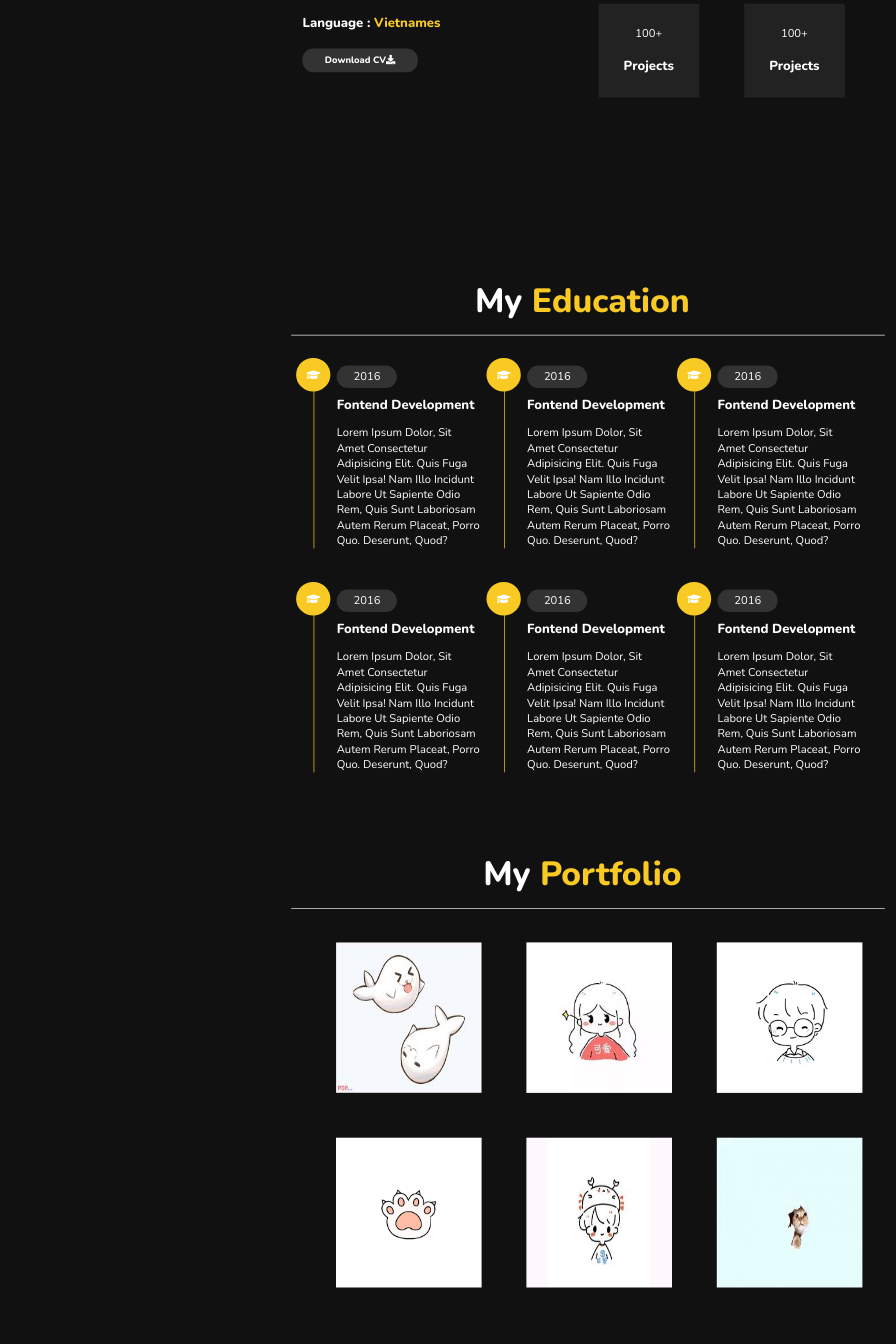
Repository: PCTai/My-profile
Page: index.html
These files come from the project's save history. The page is drawn as it stood at one moment and after the next save; the edit follows.
The browser window is 1280 px wide. The pictures show the part of the page from y = 1075 to 2995 px (the page is 2995 px tall), at 70% of full size.

Above is the page before, as saved 2022-01-12 09:11:19.

### index.html
<!DOCTYPE html>
<html lang="en">
<head>
    <meta charset="UTF-8">
    <meta http-equiv="X-UA-Compatible" content="IE=edge">
    <meta name="viewport" content="width=device-width, initial-scale=1.0">
    <link rel="preconnect" href="https://fonts.googleapis.com">
    <link rel="preconnect" href="https://fonts.gstatic.com" crossorigin>
    <link href="https://fonts.googleapis.com/css2?family=Nunito:ital,wght@0,400;0,600;0,800;1,200;1,300&display=swap" rel="stylesheet">
    <link rel="stylesheet" href="./assets/font/fontawesome-free-5.15.3-web/css/all.css">

    <link rel="stylesheet" href="./assets/css/style.css">
    <link rel="stylesheet" href="./assets/css/reponsive.css">
    <title>Document</title>
</head>
<body>
    <span class="bg-layer"> </span>
    <!-- Header start -->
    <header>
        <div class="user">
            <img src="./assets/imgs/user.jpg" alt="">
            <h3 class="name">Phan Chi Tai</h3>
            <div class="post">Font End Deverloper</div>
        </div>
        <div class="navbar">
            <ul>
                <li><a href="#home">home</a></li>
                <li><a href="#about">About</a></li>
                <li><a href="#education">Education</a></li>
                <li><a href="#portfolio">Portfolio</a></li>
                <li><a href="#contact">Contact</a></li>
            </ul>
        </div>
    </header>
    <!-- Header end -->
    <div id="menu"class="fas fa-bars">
    </div>
    <!-- start home -->
    <section id="home" class="home">

        <h3>HI THERE !</h3>
        <h1>I!M <span>Phan CHi Tai</span></h1>
        <p>I am in the early twenties. Currently, I am living in Hue. I have been studying graphic design for the past two years at  HUSC. During that time I’ve been working in the design industry as a hobby and also for living. My projects ranged from digital printing to product design</p>
        <a href="#about"> <button class="btn">About me <i class="fas fa-users"></i></button></a>


    </section>
    <!-- end home -->
    <!-- start about -->
    <section id="about" class="about">
        <div class="heading"><h1><span>About</span>Me</h1></div>
        <div class="row">
            <div class="info">
                <h3>Name : <span>Phan Chi Tai</span></h3>
                <h3>Age : <span>20</span></h3>
                <h3>Qualification : <span>BSM</span></h3>
                <h3>Post : <span>Font End Developer</span></h3>
                <h3>Language : <span>Vietnames</span></h3>
                <a href="#about"> <button class="btn">Download CV<i class="fas fa-download"></i></button></a>
            </div>
            <div class="counter">
                <div class="box">
                    <span>100+</span>
                    <br>
                    <h3>projects</h3>
                </div>
                <div class="box">
                    <span>100+</span>
                    <br>
                    <p>projects</p>
                </div>
                <div class="box">
                    <span>100+</span>
                    <br>
                    <h3>projects</h3>
                </div>
                <div class="box">
                    <span>100+</span>
                    <br>
                    <h3>projects</h3>
                </div>
            </div>
        </div>
    </section>

    <!-- end about -->
    <!-- start education -->
    <section id="education" class="education">
        <div class="heading"><h1 >My <span>Education</span></h1></div>
        <div class="container-box">
            <div class="box-e">
                <i class="fas fa-graduation-cap"></i>
                <span>2016</span>
                <h3>Fontend development</h3>
                <p>Lorem ipsum dolor, sit amet consectetur adipisicing elit. Quis fuga velit ipsa! Nam illo incidunt labore ut sapiente odio rem, quis sunt laboriosam autem rerum placeat, porro quo. Deserunt, quod?</p>
            </div>
            <div class="box-e">
                <i class="fas fa-graduation-cap"></i>
                <span>2016</span>
                <h3>Fontend development</h3>
                <p>Lorem ipsum dolor, sit amet consectetur adipisicing elit. Quis fuga velit ipsa! Nam illo incidunt labore ut sapiente odio rem, quis sunt laboriosam autem rerum placeat, porro quo. Deserunt, quod?</p>
            </div>
            <div class="box-e">
                <i class="fas fa-graduation-cap"></i>
                <span>2016</span>
                <h3>Fontend development</h3>
                <p>Lorem ipsum dolor, sit amet consectetur adipisicing elit. Quis fuga velit ipsa! Nam illo incidunt labore ut sapiente odio rem, quis sunt laboriosam autem rerum placeat, porro quo. Deserunt, quod?</p>
            </div>
            <div class="box-e">
                <i class="fas fa-graduation-cap"></i>
                <span>2016</span>
                <h3>Fontend development</h3>
                <p>Lorem ipsum dolor, sit amet consectetur adipisicing elit. Quis fuga velit ipsa! Nam illo incidunt labore ut sapiente odio rem, quis sunt laboriosam autem rerum placeat, porro quo. Deserunt, quod?</p>
            </div>
            <div class="box-e">
                <i class="fas fa-graduation-cap"></i>
                <span>2016</span>
                <h3>Fontend development</h3>
                <p>Lorem ipsum dolor, sit amet consectetur adipisicing elit. Quis fuga velit ipsa! Nam illo incidunt labore ut sapiente odio rem, quis sunt laboriosam autem rerum placeat, porro quo. Deserunt, quod?</p>
            </div>
            <div class="box-e">
                <i class="fas fa-graduation-cap"></i>
                <span>2016</span>
                <h3>Fontend development</h3>
                <p>Lorem ipsum dolor, sit amet consectetur adipisicing elit. Quis fuga velit ipsa! Nam illo incidunt labore ut sapiente odio rem, quis sunt laboriosam autem rerum placeat, porro quo. Deserunt, quod?</p>
            </div>

        </div>
    </section>
    <!-- end education -->

    <!-- start portfolio -->
    <section id="portfolio" class="portfolio">
        <div class="heading"><h1 >My <span>Portfolio</span></h1></div>
        <div class="container-box">
            <div class="box-p">
                <img src="./assets/imgs/image1.jfif" alt="">
            </div>
            <div class="box-p">
                <img src="./assets/imgs/image2.jfif" alt="">
            </div>
            <div class="box-p">
                <img src="./assets/imgs/image3.png" alt="">
            </div>
            <div class="box-p">
                <img src="./assets/imgs/image4.png" alt="">
            </div>
            <div class="box-p">
                <img src="./assets/imgs/image5.jfif" alt="">
            </div>
            <div class="box-p">
                <img src="./assets/imgs/image6.jfif" alt="">
            </div>
        </div>
    </section>
    <!-- end portfolio -->

    <script src="./app.js"></script>
</body>
</html>

### assets/css/style.css
:root{
    --yellow: #f9ca24;
}
*{
    font-family: 'Nunito', sans-serif;
    margin: 0;padding: 0;
    box-sizing: border-box;
    text-decoration: none;
    outline: none;border: none;
    text-transform: capitalize;
    transition: all .2s linear;
}
html{
    font-size: 62,5%;
    overflow: hidden;
}
::selection{
    background-color: var(--yellow);
    color: #333;

}
html::-webkit-scrollbar{
    width: 2rem;
}
html::-webkit-scrollbar-track{
    background-color: #333;
}
html::-webkit-scrollbar-thumb{
    background-color: var(--yellow);
}
body{
    padding-left: 25rem;
    background: #111;
}
header{
    position: fixed;
    top: 0;
    left: 0;
    z-index: 1000;
    height: 100%;
    display: flex;
    flex-direction: column;
    justify-content: center;
    align-items: center;
    width: 25rem;
    background-color: #1a1a1a;
}

.user img{
    margin-top: 2rem;
    height: 14rem;
    width: 14rem;
    border-radius: 50%;
    object-fit: cover;
    border: 0.5rem solid var(--yellow);

}
header .user .name{
    text-align: center;
    font-size: 2rem;
    color: #fff;
}
header .user .post{
    text-align: center;
    font-size: 1.5rem;
    color: #eee;
}
header .navbar ul{
    margin-top: 1rem;
    list-style: none;
    padding: 1rem 3rem;
}
header .navbar ul li a:hover{
    background-color: var(--yellow);
}
header .navbar ul li a{
    display: block;
    padding: 0.5rem 6rem;
   margin-bottom: 0.8rem;
   background-color: #333;
   color: #fff;
   font-size: 1.5rem;
   border-radius: 5rem;
   text-align: center;
   cursor: pointer;
}
#menu:hover{
    color: var(--yellow);
}


#menu{
    position: fixed;
    z-index: 1000;
    top: 1rem;
    right: 1rem;
    color: #fff;
    padding: 1rem;
    background-color: #222;
    font-size: 2rem;
    cursor: pointer;
}
section{
    min-height: 100vh;
    padding: 1rem;
}
/* home */
.home{
    font-size: 1.5rem;
    color: #fff;
    display: flex;
    flex-direction: column;
    padding: 0 2rem;
    justify-content: center;
}
.btn:hover{
    background-color: var(--yellow);
    cursor: pointer;
}
.btn{
    padding: 0.5rem 2rem;
    border-radius: 1rem;
    margin-top: 1rem;
    font-weight: bold;
    background-color: #333;
    color: #fff;
}
.home span{
    color: var(--yellow);
    margin-bottom: 2rem;

}
.home h1{
    margin-bottom: 2rem;

}
/* about */
.about , .education,.portfolio{
    color: #fff;

}
.heading{
    font-size: 2rem;
    text-align: center;
    padding: 1rem;
    border-bottom: 0.1rem solid #eee;

}
.heading span{
    color: var(--yellow);
    padding-right: 1rem;
}
.info{
    flex: 1 1 45%;
    padding: 1rem;
    padding-left: 1rem;

}
.info span{
    color: var(--yellow);
}
.info h3{
    padding: 0.5rem 0;
}
.row{
    margin-top: 2rem;
    display: flex;
    justify-content: center;
    align-items: center;
    flex-wrap: wrap;

}
.counter{
    flex:1 1 55%;
    width: 55%;
    justify-content: center;
    display: flex;
    flex-wrap: wrap;

}
.box{
    background-color: #222;
    width: 7.5rem;
    padding: 2rem 0;
    text-align: center;
    margin: 0.5rem;
    display: flex;
    flex-direction: column;
    align-items: center;
    justify-content: center;

}

/* education */
.container-box{
    padding-left: 2rem;
    margin-top: 3rem;
    display: flex;
    flex-wrap: wrap;

}
.box-e{
    flex:33.33%;
    border-left: 0.1rem solid var(--yellow);
    padding: 0 2rem;
    margin-bottom: 4rem;
    position: relative;
}
.box-e span{
    height: 1rem;
    padding:  0.3rem 1.5rem;
    background-color: #333;
    border-radius: 3rem;
}
.box-e h3{
    margin: 1rem 0;
}
.box-e i{
    position: absolute;
    left: -1.6rem;
    top: -1rem;
    padding: 1rem 0.9rem;
    border-radius: 50%;
    background-color: var(--yellow);
    text-align: center;

}
/* portfolio */
.box-p{
    flex:33.33%;
    padding: 0 2rem;
    margin-bottom: 4rem;
}
.box-p img{
    width: 100%;
    height: 100%;
}

### assets/css/reponsive.css

@media (min-width:1200px){
    #menu{
        display: none;
    }
    .box{
        width: 12rem;
        margin: 2rem;
    }
    html{
        font-size: 100%;
    }
    .about{
        padding: 0 1rem;
    }
}
@media (min-width:1024px){
    #menu{
        display: none;
    }
    .box{
        width: 9rem;
    }
    header{
        left: 0% !important;
    }
}
@media (min-width:1024px) and (max-width:1125px){
    .box-e{
        flex:49%;
    }
}
@media (max-width:1024px){
    header{
        left: -125%;
    }
    body{
        padding: 0 2rem;
    }
    #menu{
        display: block;
    }
    .box{
        width: 9rem;
        margin: 1.5rem;
    }
}
@media (max-width:486px){

    section{
        width: 100%;
        font-size: 60%;
        padding: 2rem 0;
        margin: 0;
    }
    header{

        width: 100vw;
    }
    .toggle{
        left: -125% ;
    }
   .info,.counter{
        width: 100%;
   }
   .about{
       font-size: 80%;
   }
   .heading{
       font-size: 1.4rem;
   }
   .box{
    width: 100%;
    margin: 1rem 0;
    }

}

@media (max-width:745px){
    .box-e{
        flex: 100%;
    }
}
@media (max-width:939px){
    .row{
        flex-direction: column;
    }
    .info,.counter{
        width: 100%;
   }
   .box-e{
        flex:49%;
    }
}

### app.js

var menu=document.getElementById('menu');
var header=document.querySelector('header');
menu.onclick=function(e){
    if(this.className=='fas fa-bars'){
        this.classList.remove('fa-bars');
        this.classList.add('fa-times');
        header.style='left:0%';
    }
    else{
        this.classList.remove('fa-times');
        this.classList.add('fa-bars');
        header.style='left:-125%';
    }
};
var section = document.querySelectorAll('section');
for(var i=0 ; i<section.length;i++){
    // console.log(section[i]);
    section[i].onclick =function(){
        if(screen.width<'1024'){
            header.style='left:-125%';
            menu.classList.remove('fa-times');
            menu.classList.add('fa-bars');
        }

    }

}

var navbar = document.querySelectorAll('header .navbar ul li a');
for(var i=0 ; i<navbar.length;i++){
    // console.log(section[i]);
    navbar[i].onclick =function(){
        if(screen.width<'1024'){
            header.style='left:-125%';
            menu.classList.remove('fa-times');
            menu.classList.add('fa-bars');
        }

    }

}

Loaded but not shown: assets/font/fontawesome-free-5.15.3-web/css/all.css (library)

After the next save:
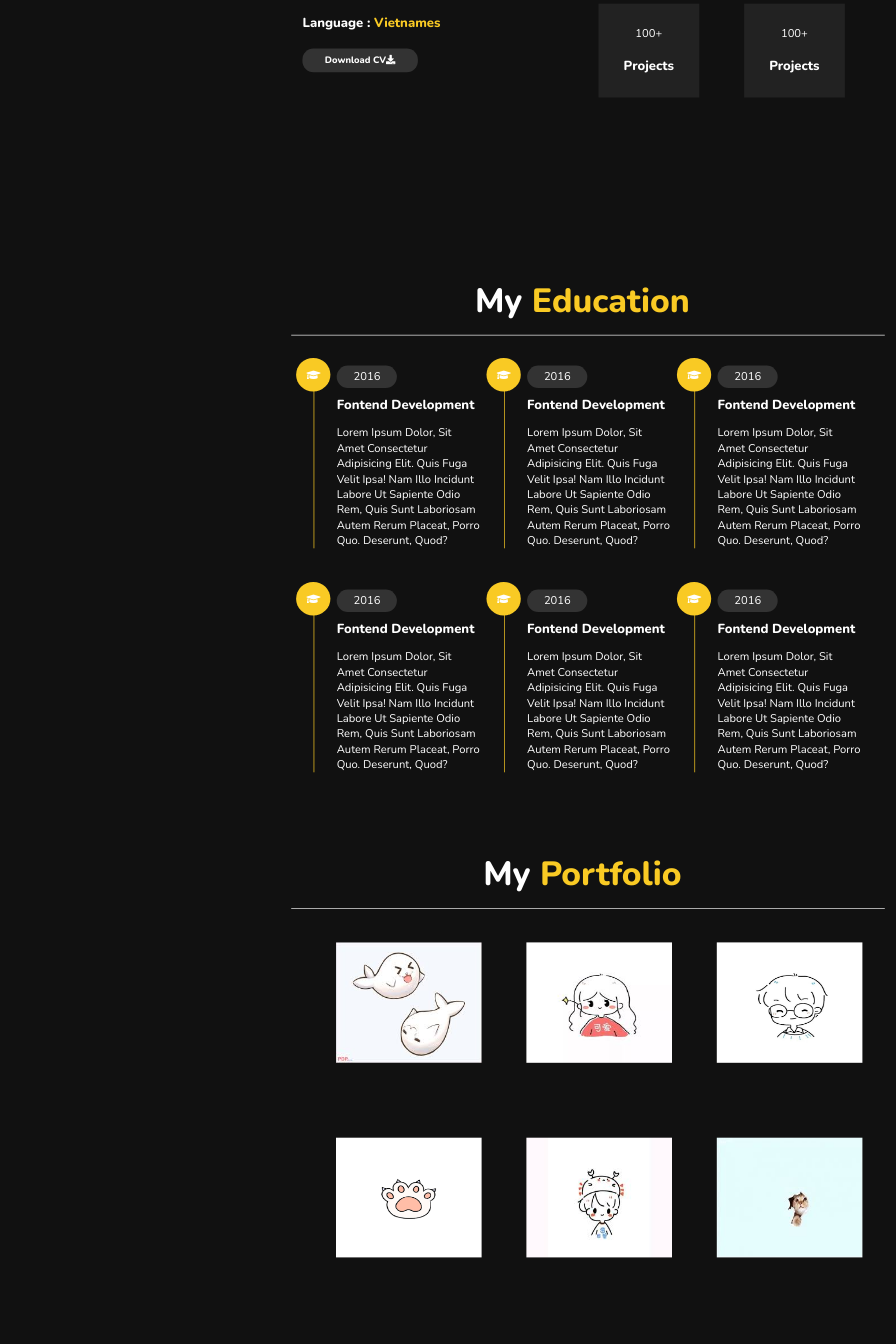
Saved 21 s later.
--- a/assets/css/style.css
+++ b/assets/css/style.css
@@ -233,5 +233,5 @@ section{
 }
 .box-p img{
     width: 100%;
-    height: 100%;
-}
+    height: 80%;
+}
